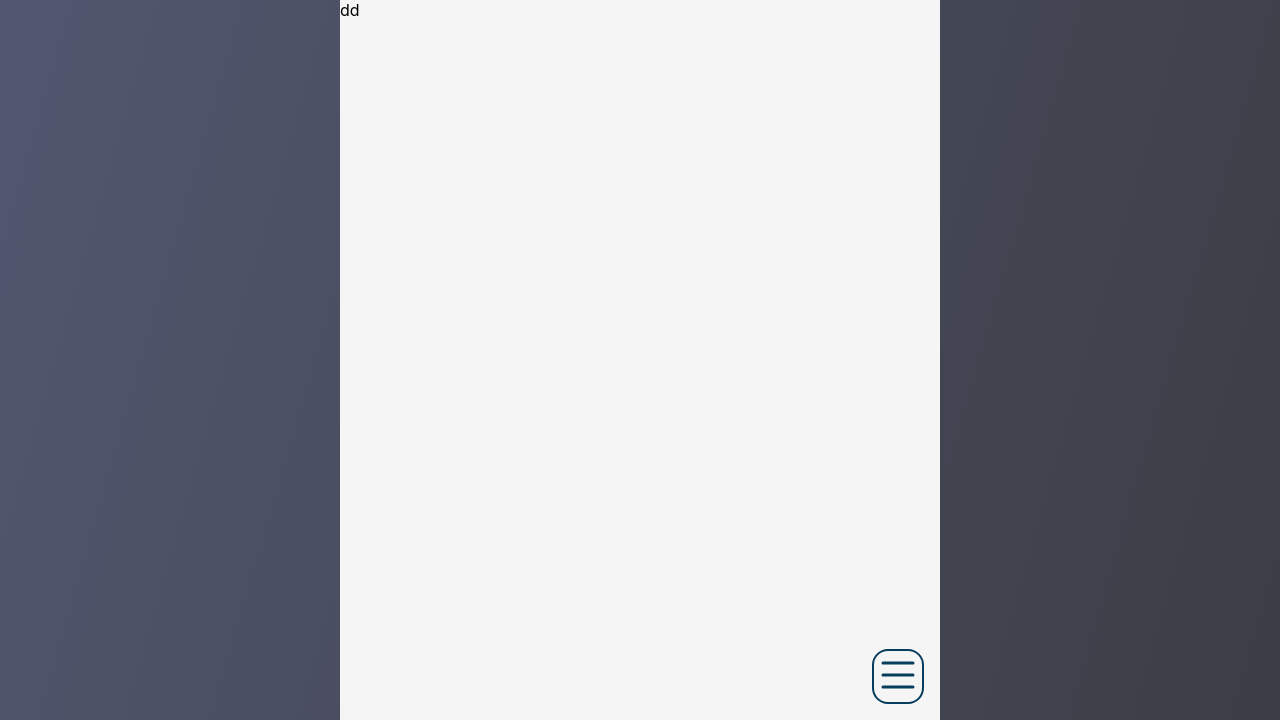
Repository: SeungYn/hanium
Page: /
An editor plug-in stored every save of this project. The page is shown before and after the next save, followed by the edit.
The browser window is 1280 px wide. The pictures show the whole page.
The project was rebuilt for these pictures with package versions that can differ from the ones it lists, and the page was loaded fresh each time. Also part of the build but not shown: src/App.css, src/components/ReadPopup/ReadPopup.module.css, src/components/ReadPopup/ReadPopup.jsx, src/pages/login/Login.jsx.

Above is the page before, as saved 2022-10-26 23:43:16.

After the next save:
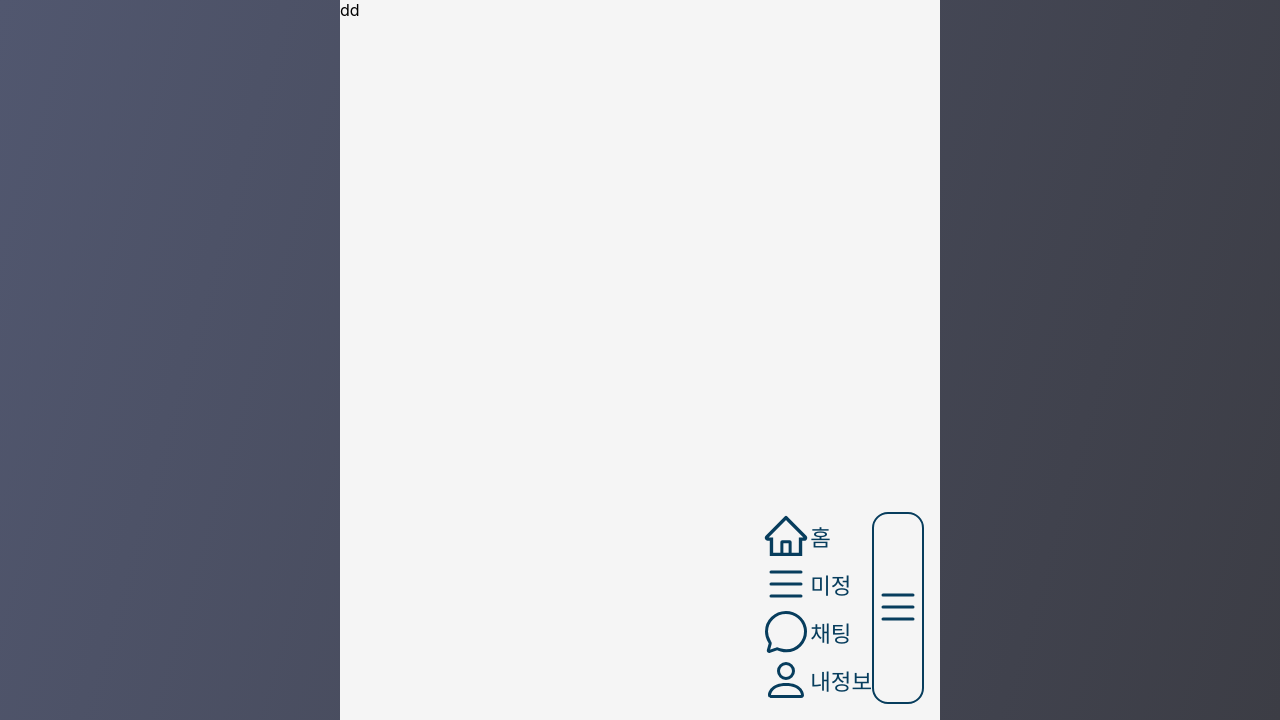
Saved 9 s later.
--- a/src/components/Navbar/Navbar.module.css
+++ b/src/components/Navbar/Navbar.module.css
@@ -17,7 +17,7 @@
 }
 
 .navMenu {
-  height: 0;
+  height: 100%;
   /* opacity: 0;
   pointer-events: none;
   transition: all 0.1s ease-out; */
